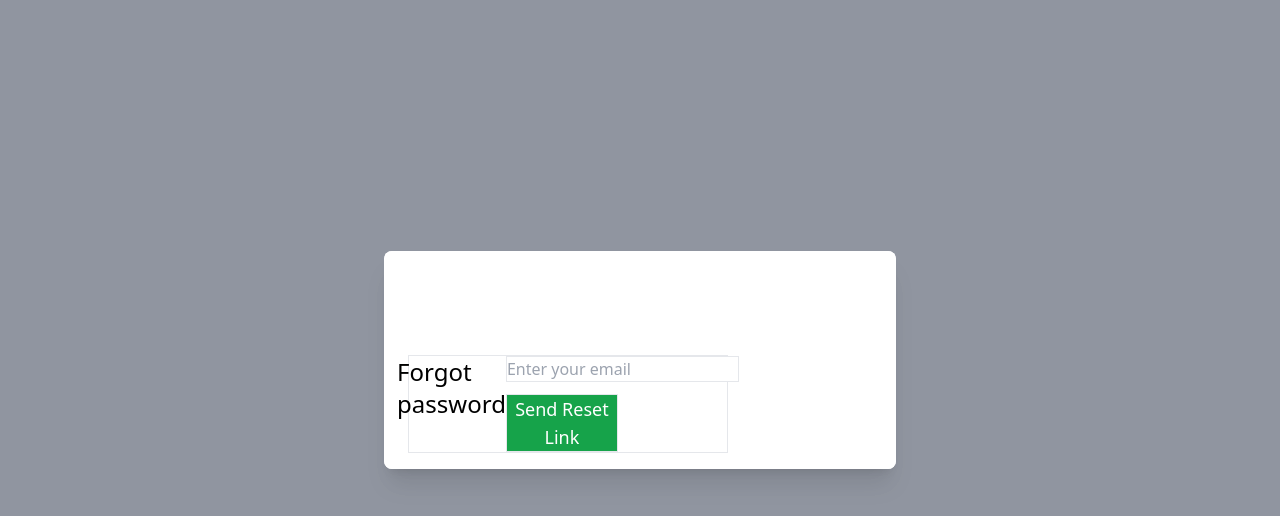
Repository: IssaMuiz/ifarmstock-admin
Page: /forgot-password
These files come from the project's save history. The page is drawn as it stood at one moment and after the next save; the edit follows.
The browser window is 1280 px wide. The pictures show the whole page.
The project was rebuilt for these pictures with package versions that can differ from the ones it lists, and the page was loaded fresh each time. The framework's server and built-in components were replaced by stand-ins that run in the browser. Also part of the build but not shown: next.config.mjs.

Above is the page before, as saved 2024-09-30 10:49:12.

After the next save:
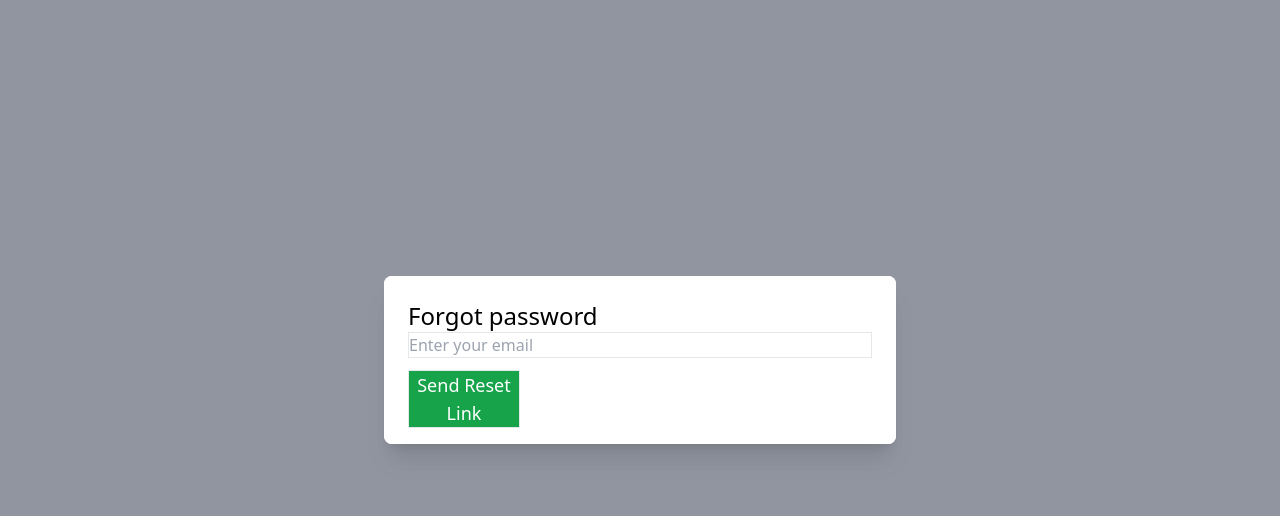
Saved 37 s later.
--- a/app/forgot-password/page.tsx
+++ b/app/forgot-password/page.tsx
@@ -43,7 +43,7 @@ const ForgotPassword = () => {
           <div className="flex min-h-full items-center justify-center p-4 text-center sm:items-center sm:p-0">
             <div className="relative transform overflow-hidden rounded-lg bg-white text-left shadow-xl transition-all sm:my-8 sm:w-full sm:max-w-lg">
               <div className="bg-white px-4 pb-4 pt-5 sm:p-6 sm:pb-4 flex flex-col ">
-                <div className="flex justify-center border w-80 mt-20">
+                <div className="flex flex-col justify-center">
                   <h2 className="text-2xl">Forgot password</h2>
                   <form className="flex flex-col gap-3" onSubmit={handleSubmit}>
                     <input
